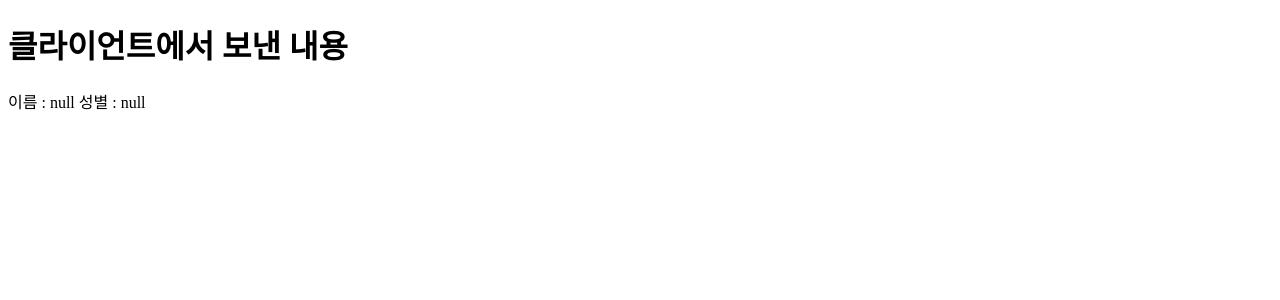
Repository: ZicoPark/Lost-Dev
Page: http://localhost/03_request/result.jsp
The author's editor kept a copy of each file at every save. The page is drawn from the files as they stood at one save, then again after the next save.
The browser window is 1280 px wide. The pictures show the whole page.
The page is served by Tomcat 9.

Above is the page before, as saved 2023-02-20 03:25:31.

After the next save:
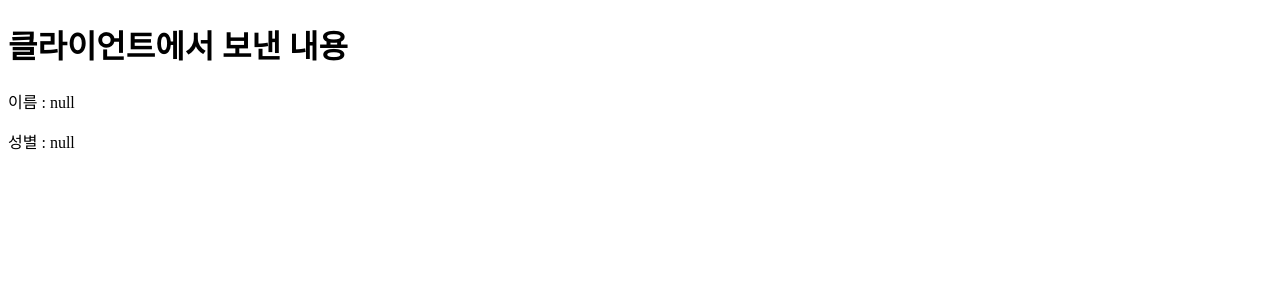
Saved 20 s later.
--- a/JSP/03_request/WebContent/result.jsp
+++ b/JSP/03_request/WebContent/result.jsp
@@ -11,7 +11,7 @@
 </head>
 <body>
 	<h1>클라이언트에서 보낸 내용</h1>
-	이름 : <%= request.getParameter("userName") %>
+	<p>이름 : <%= request.getParameter("userName") %></p>
 	성별 : <%= request.getParameter("gender") %>
 
 </body>
